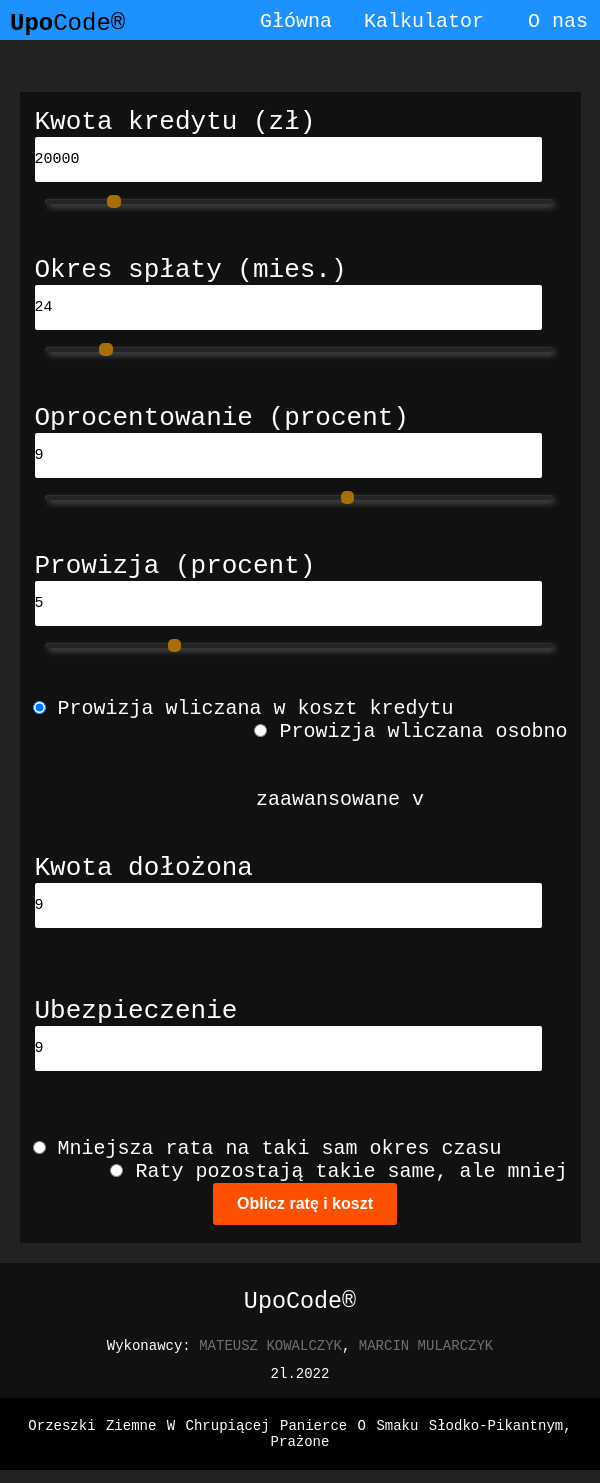
Repository: Klemingway/egzamin
Page: kalkulator.html
The author's editor kept a copy of each file at every save. The page is drawn from the files as they stood at one save, then again after the next save.
The browser window is 600 px wide. The pictures show the whole page.

Above is the page before, as saved 2023-01-25 12:25:24.

### kalkulator.html
<!DOCTYPE html>
<html lang="pl">

<head>
    <meta charset="UTF-8">
    <meta http-equiv="X-UA-Compatible" content="IE=edge">
    <meta name="viewport" content="width=device-width, initial-scale=1.0">
    <link rel="stylesheet" href="style/styl.css">
    <link rel="shortcut icon" href="img/ikonna.png" type="image/x-icon">
    <script src="js/script.js"></script>
    <title>Bankowy</title>
</head>
<header>

    <div id="hod">
        <a style="text-decoration: none;color: white;" href="index.html">Główna</a>
        <a style="text-decoration: none;color: white;" href="kalkulator.html">Kalkulator</a> &puncsp;
        <div id="hod1"><a style="text-decoration: none; color: white;" href="bl.html">O nas</a></div>
    </div>
    <div id="hzd">
        <b>Upo</b>Code®
    </div>
</header>

<div id="gl">

    <div id="d1" class="d">
        Kwota kredytu (zł)
        <input type="text" name="kwota" pattern="[0-9]" id="kwota" class="wej" value="20000" onchange="document.getElementById('r1').value = this.value/1000"><br>
        <input type="range" min="1" max="150" value="20" id="r1" class="slider" oninput="document.getElementById('kwota').value = this.value*1000; ">
    </div>

    <div id="d2" class="d">
        Okres spłaty (mies.)
        <input type="text" name="splata" pattern="[0-9]" id="splata" class="wej" value="24" onchange="document.getElementById('r2').value = this.value"><br>
        <input type="range" min="12" max="120" value="24" id="r2" class="slider" oninput="document.getElementById('splata').value = this.value;">
    </div>


    <div id="d3" class="d">
        Oprocentowanie (procent)
        <input type="text" name="splata" pattern="[0-9]" id="oproc" class="wej" value="9" onchange="document.getElementById('r3').value = this.value*100"><br>
        <input type="range" min="1" max="1500" value="900" id="r3" class="slider" oninput="document.getElementById('oproc').value = this.value/100;">
    </div>

    <div id="d4" class="d">
        Prowizja (procent)
        <input type="text" name="prowiz" pattern="[0-9]" id="prowiz" class="wej" value="5" onchange="document.getElementById('r4').value = this.value"><br>
        <input type="range" min="0" max="20" value="5" id="r4" class="slider" oninput="document.getElementById('prowiz').value = this.value;">
    </div>

    <div id="d5" class="dradio">
        <label class="l1">
        <input type="radio" checked name="choice" value="wariant1" class="radio"> Prowizja wliczana w koszt kredytu
        </label>
        <label class="l2">
            <input type="radio" name="choice" value="wariant2" class="radio">
            Prowizja wliczana osobno
        </label>
    </div>
    <br>
    <div id="d6">
        <a onclick="zaawansowane()" style="margin-bottom: 100px;">zaawansowane v</a>
    </div>
    <div id="d8" class="d">
        Kwota dołożona
        <input type="text" name="kwotadodana" pattern="[0-9]" id="kwotadodana" class="wej" value="9">
    </div>
    <div id="d9" class="d">
        Ubezpieczenie
        <input type="text" name="ubezpieczenie" pattern="[0-9]" id="ubezpieczenie" class="wej" value="9">
    </div>
    <div id="d10" class="dradio">
        <label class="l1">
            <input type="radio" name="choice2" class="radio" value="rat_tyle_samo">
            Mniejsza rata na taki sam okres czasu
        </label>
        <label class="l2">
            <input type="radio" name="choice2" class="radio" value="rat_mniej">
            Raty pozostają takie same, ale mniej
        </label>
    </div>
    <div id="d7">
        <input type="button" id="guzik" value="Oblicz ratę i koszt" onclick="test()">
    </div>

</div>
<!-- <div id="wyniki">

</div> -->



<footer>
    <div id="zawfoot">
        <h3>UpoCode®</h3>
        <p>Wykonawcy: <span>Mateusz Kowalczyk</span>, <span>Marcin Mularczyk</span><br>2l.2022</p>

    </div>
    <div class="dol">
        <p>Orzeszki ziemne w chrupiącej panierce o smaku słodko-pikantnym, prażone

        </p>
    </div>
</footer>

</body>

</html>

### style/styl.css
html,
body {
    padding: 0;
    margin: 0;
    font-family: monospace;
    background-color: #222222;
    overflow-x: hidden;
    min-height: 100%;
}

body::-webkit-scrollbar {
    width: 0.6em;
}

body::-webkit-scrollbar-track {
    -webkit-box-shadow: inset 0 0 6px rgba(0, 0, 0, 0.3);
}

body::-webkit-scrollbar-thumb {
    background-color: rgb(255, 136, 0);
}

body::-webkit-scrollbar-thumb:hover {
    background: rgba(255, 136, 0, 0.582);
}


/* header */

header {
    z-index: 5;
    text-decoration: none;
    padding-top: 0.5em;
    position: sticky;
    top: 0;
    height: 5vh;
    background-color: #1d92ff;
    width: 100vw;
    font-size: 20px;
}

#hzd {
    font-size: 1.2em;
    padding-left: 10px;
    background-color: #1d92ff;
}

#hod {
    float: right;
    word-spacing: 20px;
    margin-right: 2vw;
}

#hod1 {
    float: right;
    word-spacing: 0px;
}

#fw {
    position: relative;
    margin-top: 20px;
}


/* koniec headera */

#gl {
    padding-top: 1.5em;
    padding-left: 2em;
    padding-bottom: 2em;
    justify-content: center;
    background-color: #111111;
    color: white;
    margin: 1.5em;
    min-height: 20vh;
}


/* #d1 {
    background-color: aqua;
}

#d2 {
    background-color: brown;
}

#d3 {
    background-color: olive;
}

#d4 {
    background-color: orangered;
} */

#gll {
    background-color: #ff5000;
    width: 100%;
    height: auto;
    border: #ff5000 1px solid;
}

.dradio {
    font-size: 20px;
    padding-top: 5px;
    padding-left: 10em;
    padding-right: 10em;
    width: 100%;
    margin-bottom: 1em;
    /* background-color: gold; */
}

.l1 {
    float: left;
}

.l2 {
    float: right;
}

#d6 {
    float: left;
    margin: 2em;
    font-size: 20px;
    padding-top: 5px;
    width: 100%;
    height: auto;
    text-align: center;
}

#d7 {
    margin: 5px;
    display: flex;
    width: 100%;
    justify-content: center;
}

.d {
    word-wrap: break-word;
    font-size: 2em;
    padding: 2px;
    width: 50%;
    float: left;
    min-height: 13vh;
    padding-right: 4em;
}

#wyniki {
    min-height: 25em;
    margin-bottom: 3em;
}


/* wejscia wyjscia */

.wej {
    float: right;
    border-radius: 2px;
    outline: none;
    border: none;
    font-family: monospace;
    height: 3em;
    width: 9em;
    font-size: 15px;
}

.slider {
    margin: 10px;
    -webkit-appearance: none;
    outline: none;
    border-radius: 3px;
    height: 0.6vh;
    width: 21vw;
    background-color: rgb(37, 37, 37);
    box-shadow: 3px 3px 6px rgb(89, 88, 92), inset 1px 1px 1px #313131;
}

.slider::-webkit-slider-thumb {
    -webkit-appearance: none;
    width: 1em;
    height: 1em;
    cursor: pointer;
    background-color: rgb(168, 111, 5);
    overflow: visible;
    border-radius: 5px;
}

#guzik {
    display: inline-block;
    outline: none;
    cursor: pointer;
    font-weight: 600;
    border-radius: 3px;
    padding: 12px 24px;
    border: 0;
    color: #fff;
    background: #ff5000;
    line-height: 1.15;
    font-size: 16px;
}

#guzik:hover {
    transition: all .1s ease;
    box-shadow: 0 0 0 0 #fff, 0 0 0 3px #1d92ff;
}


/* footer */

footer {
    position: absolute;
    bottom: 0;
    width: 100%;
    left: 0;
    right: 0;
    background: #111;
    height: auto;
    width: 100vW;
    font-family: monospace;
    padding-top: 20px;
    color: white;
}

#zawfoot {
    display: flex;
    align-items: center;
    justify-content: center;
    flex-direction: column;
    text-align: center;
}

#zawfoot h3 {
    font-size: 1.8rem;
    font-weight: 400;
    text-transform: capitalize;
    line-height: 3rem;
}

#zawfoot p {
    max-width: 500px;
    margin: 10px auto;
    line-height: 28px;
    font-size: 14px;
}

* {
    margin: 0;
    padding: 0;
    box-sizing: border-box;
}

.dol {
    background: #000;
    width: 100vw;
    padding: 20px 0;
    text-align: center;
}

.dol p {
    font-size: 14px;
    word-spacing: 2px;
    text-transform: capitalize;
}

#zawfoot span {
    text-transform: uppercase;
    opacity: .4;
    font-weight: 200;
}


/* koniec footera */

@media (max-width: 650px) {
    .d {
        padding-right: 1em;
        width: 100%;
        padding-bottom: 0;
        margin-bottom: 1.5em;
    }
    .dradio {
        padding: 0;
    }
    .slider {
        width: 100%;
    }
    .wej {
        width: 100%;
    }
    #gl {
        padding: 1em;
    }
    footer {
        position: relative;
    }
    #d5 {
        text-align: center;
    }
    #gl {
        margin-top: 4em;
    }
}

### js/script.js




function zaokrongl(variable) {
    return Math.round(variable * 100) / 100;
}
document.addEventListener('mouseup', function(e) {
    if(e.target.id == "dwd"){
        zamknij();
    }
    else if(e.target.id == "dwd2"){
        zamknij1();
    }
});
function tableCreate2(splata, k, oprocentowanie, kwota, rata, prowizja, kwota_dodana) {
    console.log("kwota: " + kwota);
    //tu sie dzieje magia sztańska i wgl ale no uwu
    var a = document.getElementById("wyniki2");
    // czyszczenie diva
    a.innerHTML = '';
    //ustawiamy sobie stałą
    const wyniki = document.a,
    // do tej stałej tworzymy element div
    div = document.createElement('div');
    // ustawiamy id diva jako tabela
    div.setAttribute("id", "tabela");
    //tworzymy tabele
    tbl = document.createElement('table');
    // dopisujemy tabele do diva
    div.appendChild(tbl);
    tbl.style.width = '110px';
    tbl.style.border = '1px solid black';

    var odsetki = 0,   suma_odsetek = 0,    suma = 0;
    var kapital = 0,   suma = 0,            kwota_kredytu=0;

    var element1 = document.getElementById('advanced2');
    var choice2 = document.getElementsByName('choice2');
    if(element1!==null && choice2[1].checked==true){
        kwota_kredytu= kwota - kwota_dodana;
        console.log("kwota+kredytu: " + kwota_kredytu)
    }
    else{
        kwota_kredytu = kwota;
        console.log("kwota+kredytu: " + kwota_kredytu)
    }
    // prosta pętla myśle że nic nie trzeba tłumaczyć
    loop1:
    for (let i = 0; i <= splata; i++) {
        const tr = tbl.insertRow();
        loop2:
        for (let j = 0; j < 4; j++) {
            odsetki = (oprocentowanie / k) * kwota_kredytu;


            kapital = rata - odsetki;
            const td = tr.insertCell();
            if (i == 0 && j == 0) {
                td.appendChild(document.createTextNode("L.p."));
                td.style.fontSize = '20px';
            } else if (i == 0 && j == 1) {
                td.appendChild(document.createTextNode("Odsetki"));
                td.style.fontSize = '20px';
            } else if (i == 0 && j == 2) {
                td.appendChild(document.createTextNode("Kapitał"));
                td.style.fontSize = '20px';
            } else if (i == 0 && j == 3) {
                td.appendChild(document.createTextNode("Wysokość raty"));
                td.style.fontSize = '20px';
            }
            if (j == 0 && i != 0) {
                if(kapital>=rata){
                    break loop1;
                }
                td.appendChild(document.createTextNode(i));
            } else if (j == 1 && i != 0) {
                suma_odsetek += odsetki;
                td.appendChild(document.createTextNode(zaokrongl(odsetki)));
            } else if (j == 2 && i != 0) {
                kwota_kredytu -= kapital;
                td.appendChild(document.createTextNode(zaokrongl(kapital)));
            } else if (j == 3 && i != 0) {
                suma += rata;
                td.appendChild(document.createTextNode(rata));
            }
            td.style.border = '1px solid black';

        }
    }
    console.log("Suma: "+suma)
    console.log("Suma odsetek: "+suma_odsetek)
    a.appendChild(div);
}
function obliczanie(I,N,oprocentowanie,choice,n,zaplata,prowizja,suma,k,kwota_dodana){
    var choice2 = document.getElementsByName('choice2');

        // jeżeli wybrane żeby Prowizja wliczana w koszt kredytu to wtedy to się liczy
        if (choice[0].checked == true) {
            prowizja = (document.getElementById("prowiz").value) / 100;

            prowizja = prowizja * N;
            // doliczamy prowizję do kwoty kredytu
            N = N * 1 + prowizja;

            // jeżeli okres spłaty wynosi mniej niż 12 miesięcy to analogicznie w roku
            // zapłacimy równowartość tego okresu bo w roku mamy max 12 rat
            k = 12;
            if (n < 12) {
                k = n;
            }
            for (var i = 1; i <= n; i++) {
                // no to tutaj przepisany wzór z matematycznego na kodowanie
                suma += Math.pow((1 + (oprocentowanie / k)), -i);
            }
            // tutaj jest licznik podzielony przez mianownik
            I = N / suma;
            // mnożymy naszą ratę razy ilość rat aby otrzymać ile będziemy musieli oddać bankowi
            zaplata = I * n;
            console.log("N: " + N)

            tableCreate2(n, k, oprocentowanie, N, zaokrongl(I), prowizja,kwota_dodana)
            document.getElementById("wyniki").innerHTML = "Wysokość raty: " + zaokrongl(I) + "<br>" +
                "Całkowita kwota do spłaty: " + zaokrongl(zaplata);

        // jeżeli wybrane żeby Prowizja wliczana osobno to wtedy to się liczy
        } else if (choice[1].checked == true) {
            prowizja = (document.getElementById("prowiz").value) / 100;
            prowizja = prowizja * N;
            // jeżeli okres spłaty wynosi mniej niż 12 miesięcy to analogicznie w roku zapłacimy równowartość tego okresu bo w roku mamy max 12 rat
            k = 12;
            if (n < 12) {
                k = n;
            }
            for (var i = 1; i <= n; i++) {
                // no to tutaj przepisany wzór z matematycznego na kodowanie
                suma += Math.pow((1 + (oprocentowanie / k)), -i);
            }
            // tutaj jest licznik podzielony przez mianownik
            I = N / suma;
            // mnożymy naszą ratę razy ilość rat aby otrzymać ile będziemy musieli oddać bankowi
            zaplata = I * n;
            // doliczamy prowizję po wszystkich obliczeniach
            zaplata = zaplata + prowizja;
            console.log("N: " + N)
            tableCreate2(n, k, oprocentowanie, N, zaokrongl(I), prowizja,kwota_dodana)
            document.getElementById("wyniki").innerHTML = "Wysokość raty: " + zaokrongl(I) + "<br>" +
                "Całkowita kwota do spłaty: " + zaokrongl(zaplata);
        }
        else{
            console.log("wda")
        }
        document.getElementById("dwd").style.backdropFilter = "blur(7px)";
        document.getElementById("wyniki").innerHTML += "<br><input type=\"button\" id='guzior1' onclick=\"pokaz()\" value=\"pokaż harmonogram rat\">";

}
function test() {
    document.getElementById("wyniki").style.visibility = "visible"; // a to to nwm pan mularczyk robił
    var I, N, oprocentowanie, k, n, suma = 0, zaplata, prowizja = 0;

    N = document.getElementById("kwota").value; // kwota kredytu
    oprocentowanie = document.getElementById("oproc").value/100; // oprocentowanie kredytu
    n = document.getElementById("splata").value; // okres splaty

    var choice = document.getElementsByName('choice');

    //////////////////////////////////////
    //                                  //
    // sprawdzenie czy jest rozwinięte  //
    //                                  //
    //////////////////////////////////////

    var element1 = document.getElementById('advanced2');
    var element2 = document.getElementById('advanced2');
    if(element1 !== null  && element2 !== null){
        var kwota_dodana = document.getElementById("kwotaDodana").value;
        var choice2 = document.getElementsByName('choice2'); // zaawansowane
        if(choice2[0].checked == true){
            console.log(kwota_dodana + "  " + "tyle samo rat ale mniejsza cena")
            //////////////////////////////////////////
            //                                      //
            //    tyle samo rat ale mniejsza cena   //
            //                                      //
            //////////////////////////////////////////
            N -= kwota_dodana;
            console.log("Nigger: " + N)
            obliczanie(I,N,oprocentowanie,choice,n,zaplata,prowizja,suma,k,kwota_dodana);

        }
        if(choice2[1].checked == true){
            console.log(kwota_dodana + "  " + "Mniej rat, po tej samej cenie raty")
            //////////////////////////////////////////
            //                                      //
            //  Mniej rat, po tej samej cenie raty  //
            //                                      //
            //////////////////////////////////////////


            obliczanie(I,N,oprocentowanie,choice,n,zaplata,prowizja,suma,k,kwota_dodana);
        }


    }
    else{
        obliczanie(I,N,oprocentowanie,choice,n,zaplata,prowizja,suma,k);
    }

}

function pokaz() {
    document.getElementById("dwd").style.visibility = "visible";
}

function zamknij() {
    document.getElementById("dwd").style.visibility = "hidden";
}
function pokaz1() {
    document.getElementById("dwd2").style.backdropFilter = "blur(7px)";
    document.getElementById("dwd2").style.visibility = "visible";
}

function zamknij1() {
    document.getElementById("dwd2").style.visibility = "hidden";
}

function zaawansowane(){
    var element = document.getElementById('advanced2');
    if(element === null){
        var a = document.getElementById("tabelka");
        const wyniki = document.a,
        /////////////////////////////////////////
        //                                     //
        //          input text kwata           //
        //                                     //
        /////////////////////////////////////////
        trA = document.createElement('tr');
        trA.setAttribute("id","advancedText");
        trA.setAttribute('style','position:relative; padding-top:200px; height:40px;')


        tdA = document.createElement('td');
        tdB = document.createElement('td');

        inputA = document.createElement('input');
        inputA.setAttribute('type','text');
        inputA.setAttribute('id','kwotaDodana');

        tdA.innerHTML += "Kwota dołożona";
        tdB.appendChild(inputA);
        trA.appendChild(tdA);
        trA.appendChild(tdB);
        a.appendChild(trA);

        tdA = document.createElement('td');
        tdB = document.createElement('td');

        inputA = document.createElement('input');
        inputA.setAttribute('type','text');
        inputA.setAttribute('id','ubezpieczenie');

        tdA.innerHTML += "Ubezpieczenie";
        tdB.appendChild(inputA);
        trA.appendChild(tdA);
        trA.appendChild(tdB);

        //a.appendChild(trB);
        a.appendChild(trA);

        /////////////////////////////////////////
        //                                     //
        //            inputy radio             //
        //                                     //
        /////////////////////////////////////////

        tr2 = document.createElement('tr');
        tr2.setAttribute("id", "advanced2");
        td1 = document.createElement('td');
        td1.setAttribute("colspan", "2");
        td1.setAttribute('style','text-align:center;');
        //style="text-align: center;"
        br = document.createElement('br');

        label1 = document.createElement('label');
        input1 = document.createElement('input');
        input1.setAttribute('type','radio');
        input1.setAttribute('name','choice2');
        input1.setAttribute('class','radio');
        input1.setAttribute('value','rat_mniej');

        label1.appendChild(input1);
        label1.innerHTML += ' Raty pozostają takie same, ale mniej';

        td2 = document.createElement('td');
        td2.setAttribute("colspan", "2");
        td2.setAttribute('style','text-align:center;');
        label2 = document.createElement('label');
        input2 = document.createElement('input');
        input2.setAttribute('type','radio');
        input2.setAttribute('name','choice2');
        input2.setAttribute('class','radio');
        input2.setAttribute('value','rat_tyle_samo');


        label2.appendChild(input2);
        label2.innerHTML += ' Mniejsza rata na taki sam okres czasu';


        td1.appendChild(br);
        td1.appendChild(label1);

        td2.appendChild(br);
        td2.appendChild(label2);

        tr2.appendChild(td2);
        tr2.appendChild(td1);

        a.appendChild(tr2);

        clicked = false;
    }
    else{
        var elem = document.getElementById("advanced2");
        elem.parentNode.removeChild(elem);
        elem = document.getElementById("advancedText");
        elem.parentNode.removeChild(elem);
    }
}

After the next save:
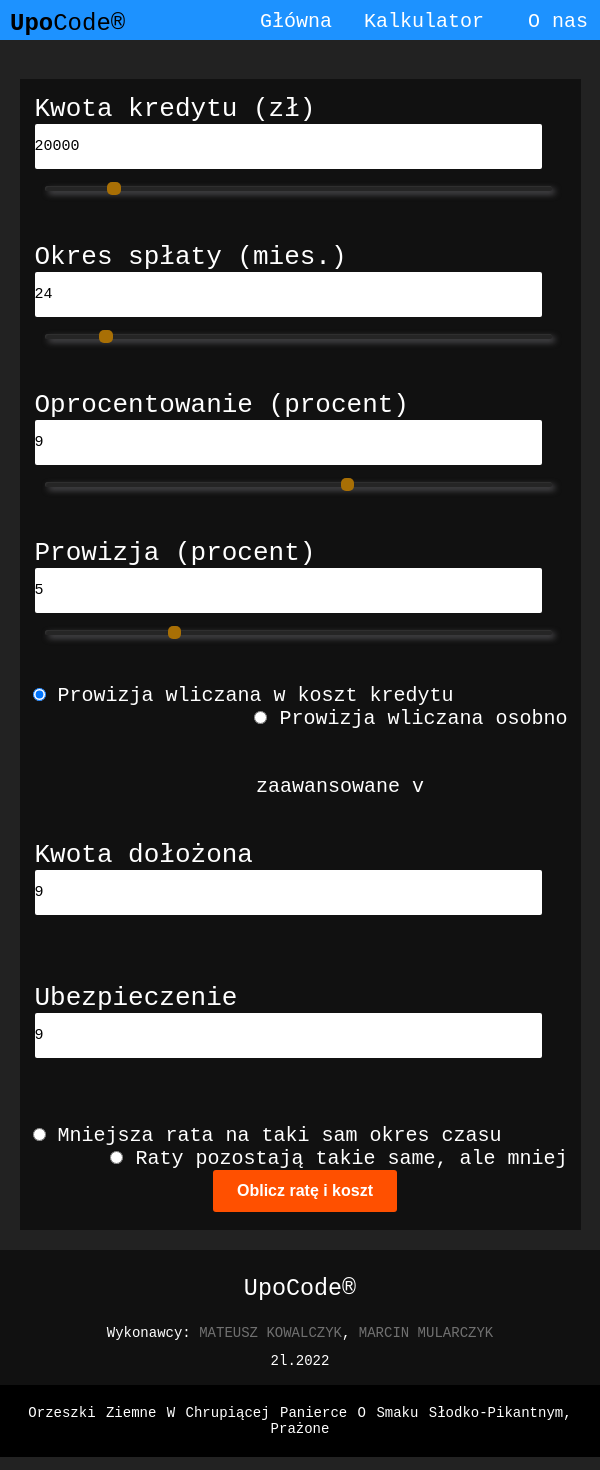
Saved 5 s later.
--- a/style/styl.css
+++ b/style/styl.css
@@ -296,6 +296,6 @@ footer {
         text-align: center;
     }
     #gl {
-        margin-top: 4em;
-    }
-}
+        margin-top: 3em;
+    }
+}
